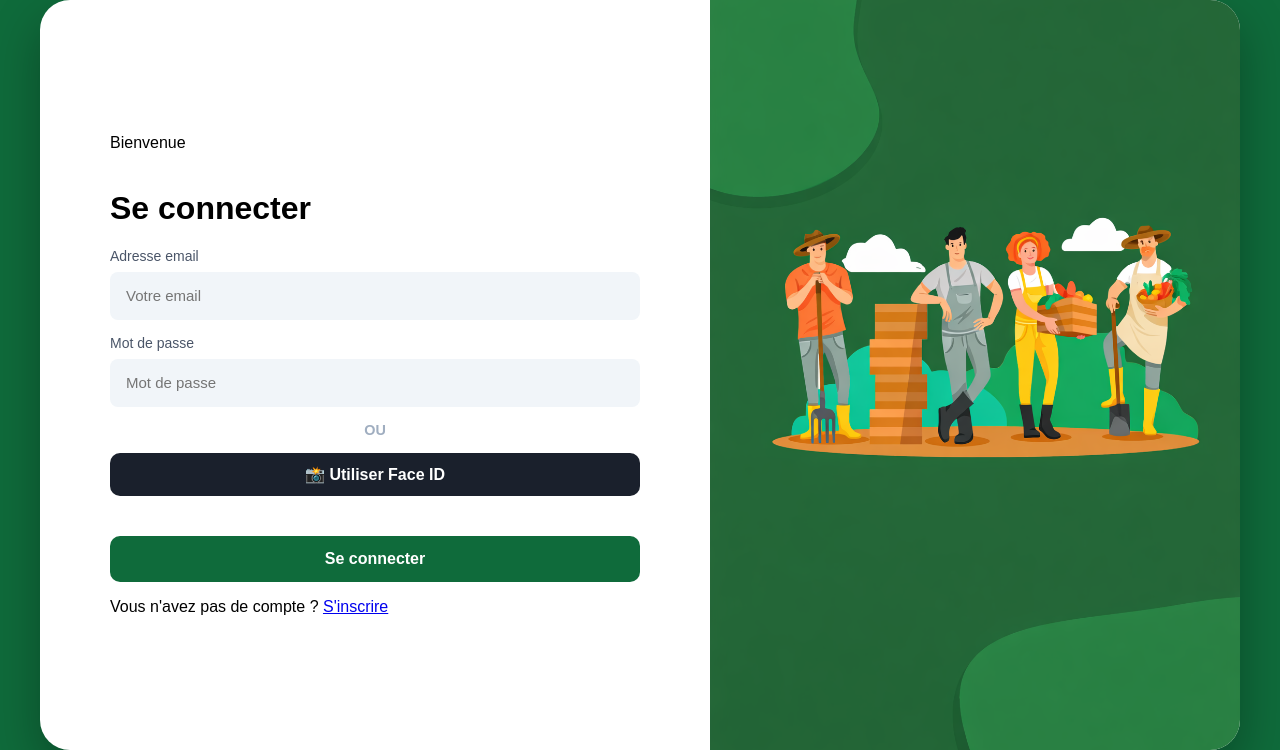
Repository: mohamed-55l/Esprit-PIDEV-3A37-2526-Agrimans
Page: templates/login/Login.html.twig
These files come from the project's save history. The page is drawn as it stood at one moment and after the next save; the edit follows.
The browser window is 1280 px wide. The pictures show the whole page.
The page is a Twig template of a Symfony application; nobody is signed in and links lead nowhere. Style sheets and scripts are compiled from the project's sources, by tool versions that may differ from the author's. The template is opened directly, without the code that normally fills it, so the values that code supplies are empty.

Above is the page before, as saved 2026-04-26 17:18:54.

After the next save:
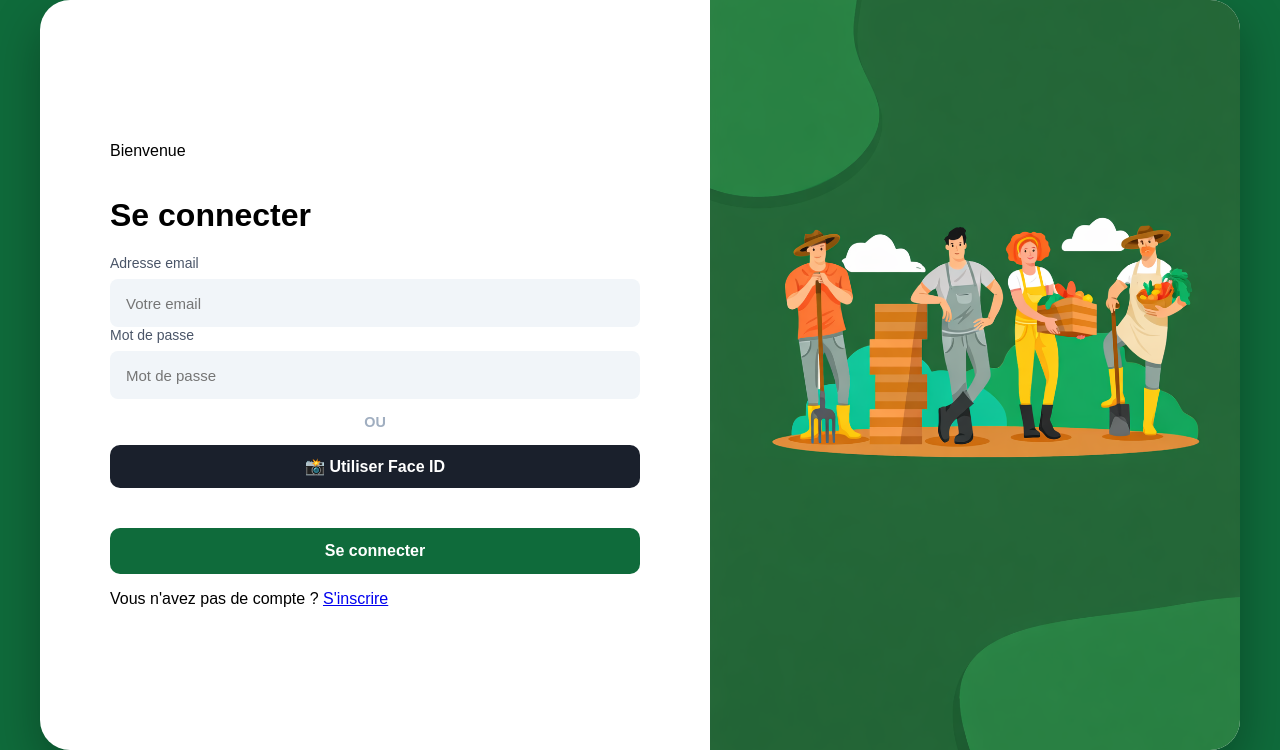
Saved 83 s later.
--- a/templates/login/Login.html.twig
+++ b/templates/login/Login.html.twig
@@ -32,11 +32,17 @@
 
             <form method="post">
 
-                <label>Adresse email</label>
-                <input type="email" name="email" placeholder="Votre email" required>
+                <div class="form-row">
+                    <div class="form-group">
+                        <label>Adresse email</label>
+                        <input type="email" name="email" placeholder="Votre email" required>
+                    </div>
 
-                <label>Mot de passe</label>
-                <input type="password" name="password" placeholder="Mot de passe">
+                    <div class="form-group">
+                        <label>Mot de passe</label>
+                        <input type="password" name="password" placeholder="Mot de passe">
+                    </div>
+                </div>
 
                 <div class="separator">OU</div>
 
